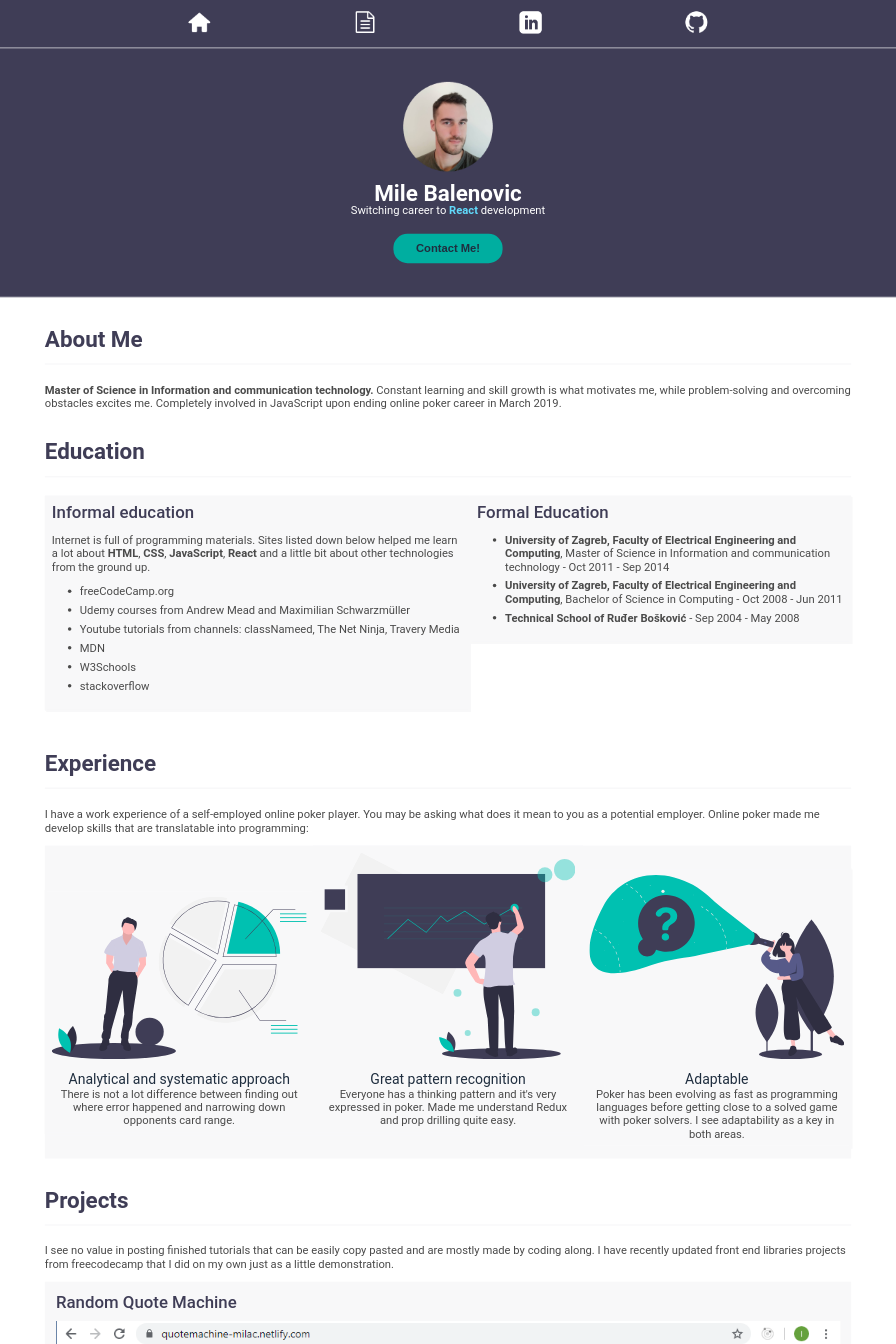
Repository: milac0/my-website
Page: /
An editor plug-in stored every save of this project. The page is shown before and after the next save, followed by the edit.
The browser window is 1280 px wide. The pictures show the part of the page from y = 0 to 1920 px (the page is 6626 px tall), at 70% of full size.
The project was rebuilt for these pictures with package versions that can differ from the ones it lists, and the page was loaded fresh each time. Also part of the build but not shown: src/components/formContact.module.css, src/components/FormContact.js, src/pages/contact.module.css, src/pages/Contact.js. Imported but missing from the stored project, and not drawn on this page: src/resume.pdf.

Above is the page before, as saved 2019-10-24 21:11:58.

After the next save:
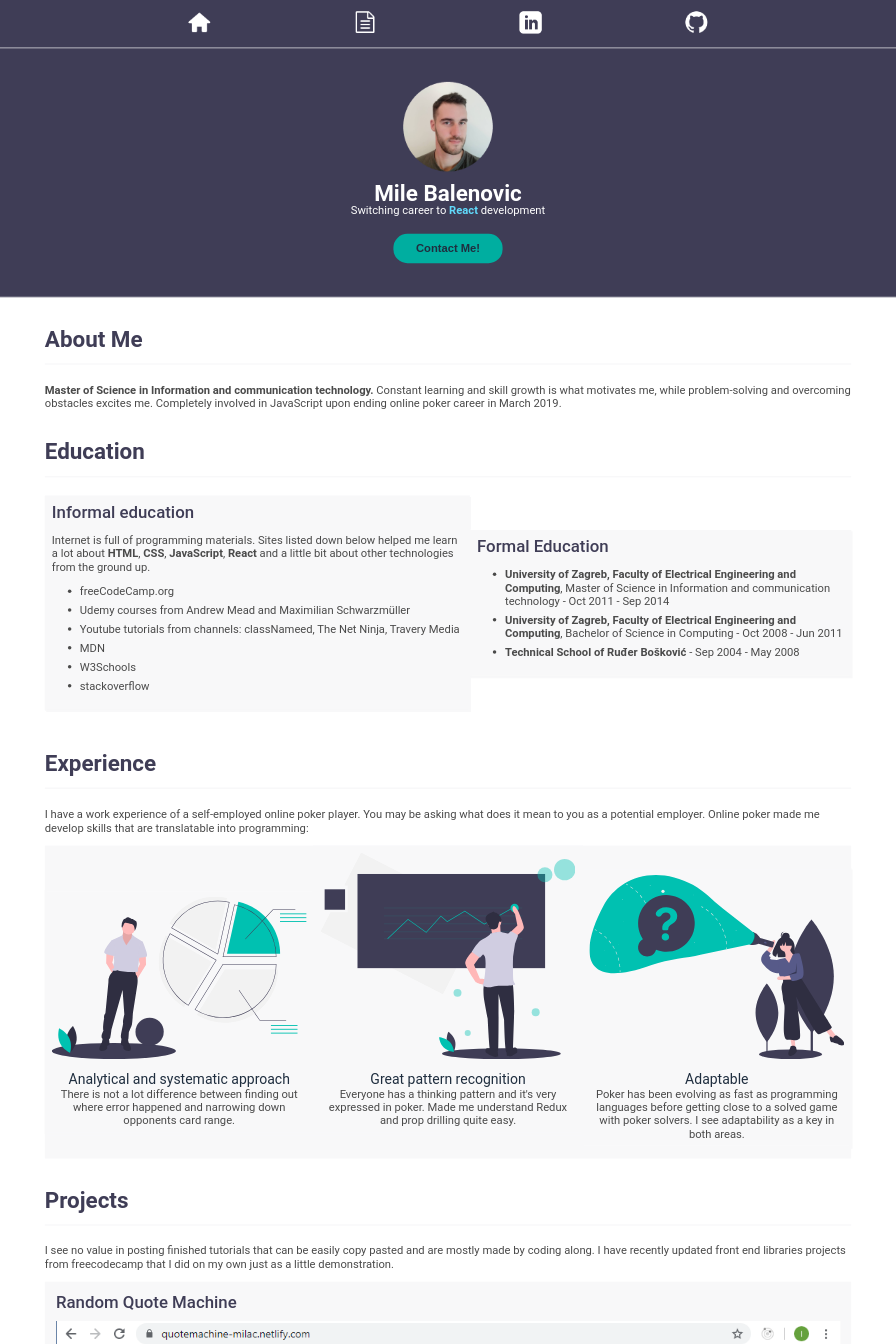
Saved 56 s later.
--- a/src/index.css
+++ b/src/index.css
@@ -250,7 +250,7 @@
   .articles-education {
     display: flex;
     flex-direction: row;
-    align-items: baseline;
+    align-items: center;
   }
 
 
@@ -259,7 +259,6 @@
     display: flex;
     flex-direction: row;
     align-items: baseline;
-    justify-content: space-between;
   }
   .section-skill {
     flex: 1 1 300px;

After the save that followed:
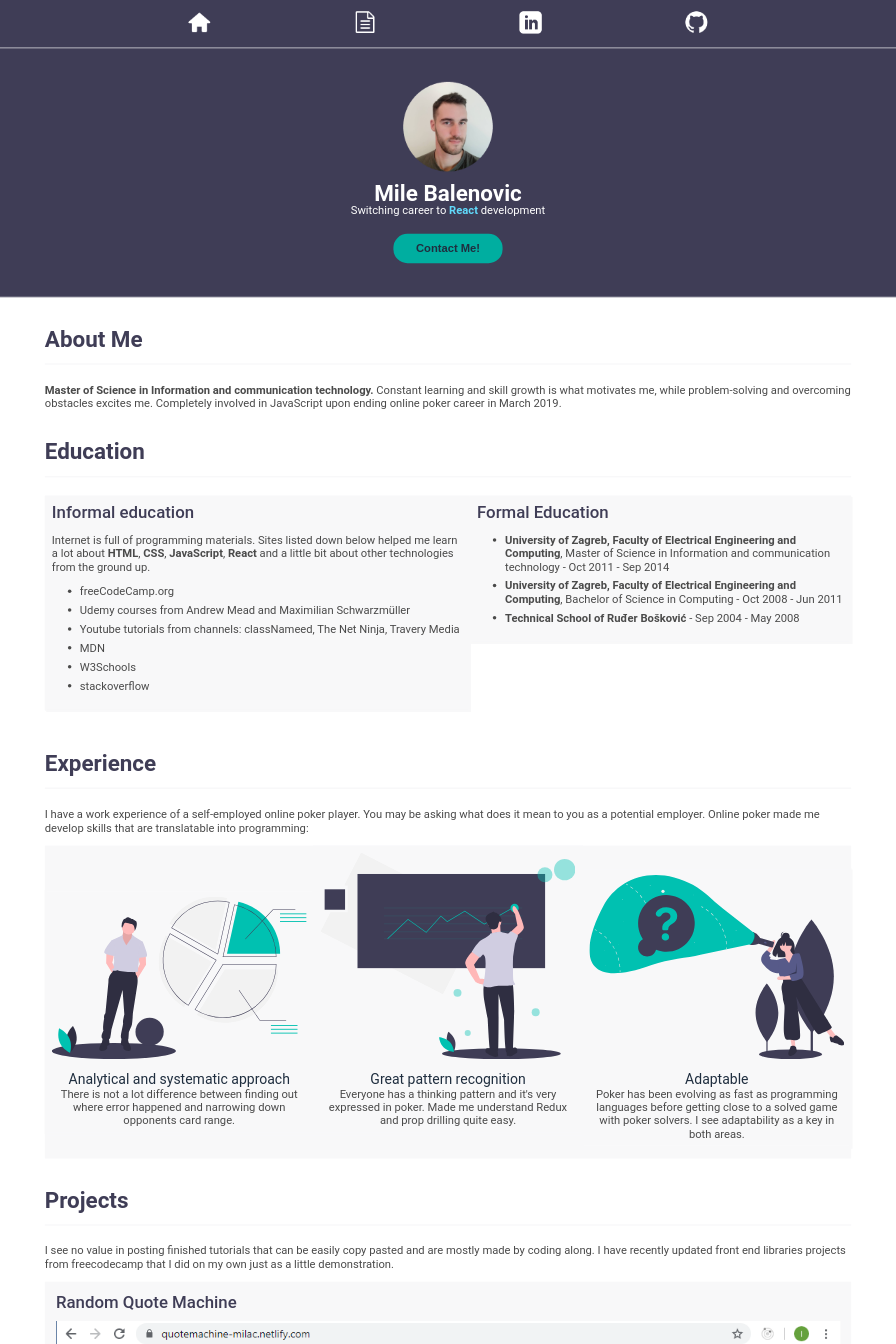
Saved 8 s later.
--- a/src/index.css
+++ b/src/index.css
@@ -250,7 +250,7 @@
   .articles-education {
     display: flex;
     flex-direction: row;
-    align-items: center;
+    align-items: flex-start;
   }
 
 
